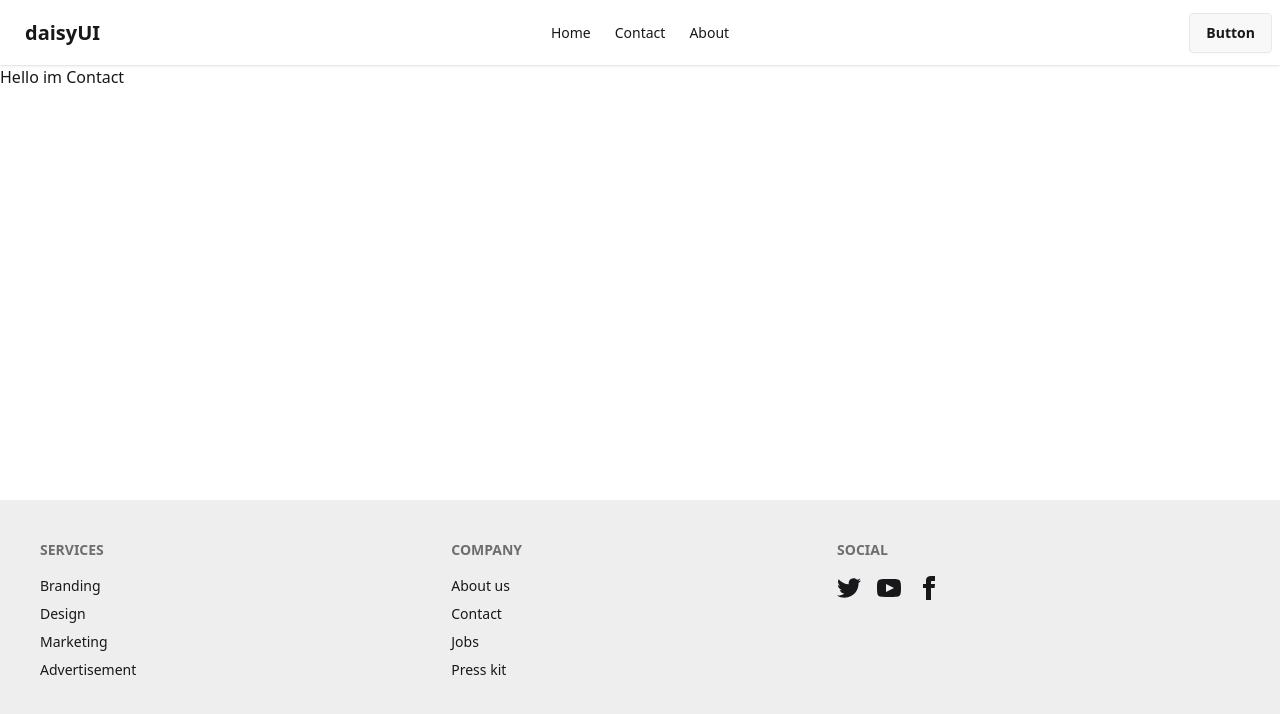
Repository: hasanali3597/my-three
Page: /contact
These files come from the project's save history. The page is drawn as it stood at one moment and after a run of saves; the edit follows.
The browser window is 1280 px wide. The pictures show the whole page.
The project was rebuilt for these pictures with package versions that can differ from the ones it lists, and the page was loaded fresh each time. Also part of the build but not shown: vite.config.js, src/pages/Home.jsx, src/pages/About.jsx, src/pages/PlantDetails.jsx, src/components/LoadingSpinner.jsx.

Above is the page before, as saved 2025-11-22 00:05:23.

After the next 3 saves:
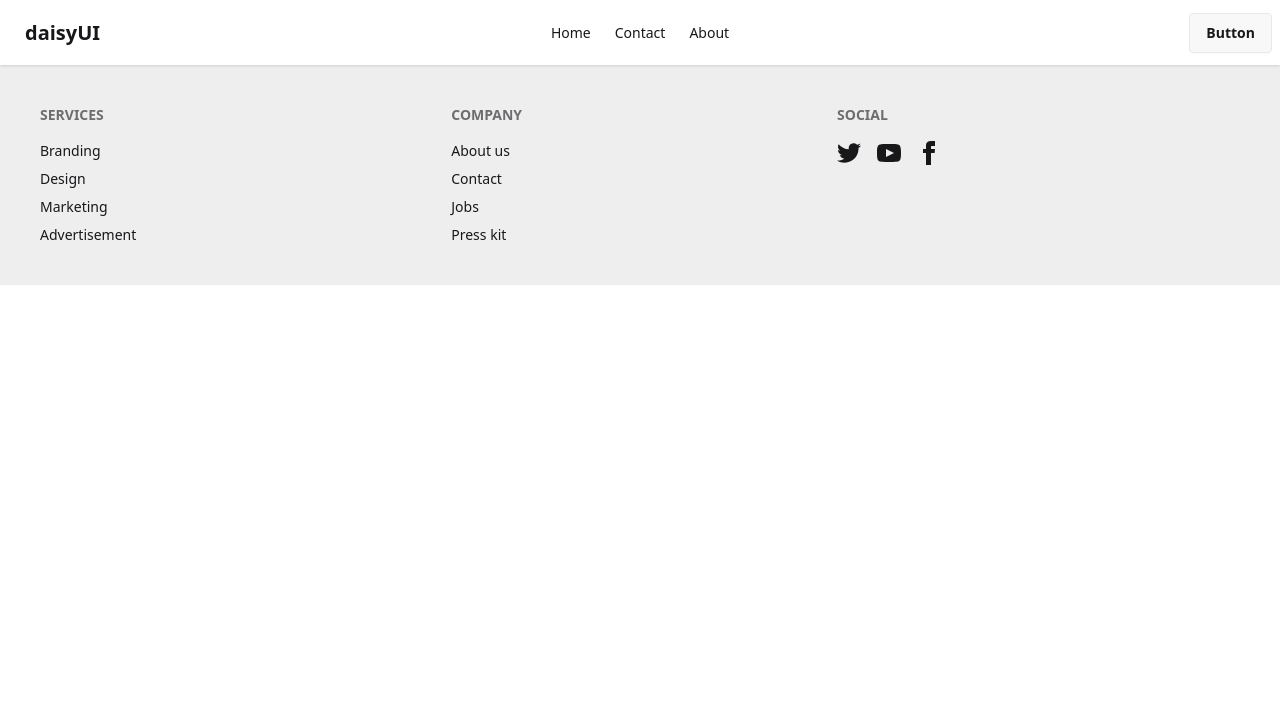
The 3 saves are shown as one change because they came seconds apart.
The last was saved 3 min 4 s later.
--- a/src/root/root.jsx
+++ b/src/root/root.jsx
@@ -10,9 +10,9 @@ const Root = () => {
   return (
     <div>
       <Navebar />
-      <main className="min-h-[calc(100vh-285px)]">
-        <Outlet />
-      </main>
+      {
+
+      }
 
       <Footer />
     </div>
